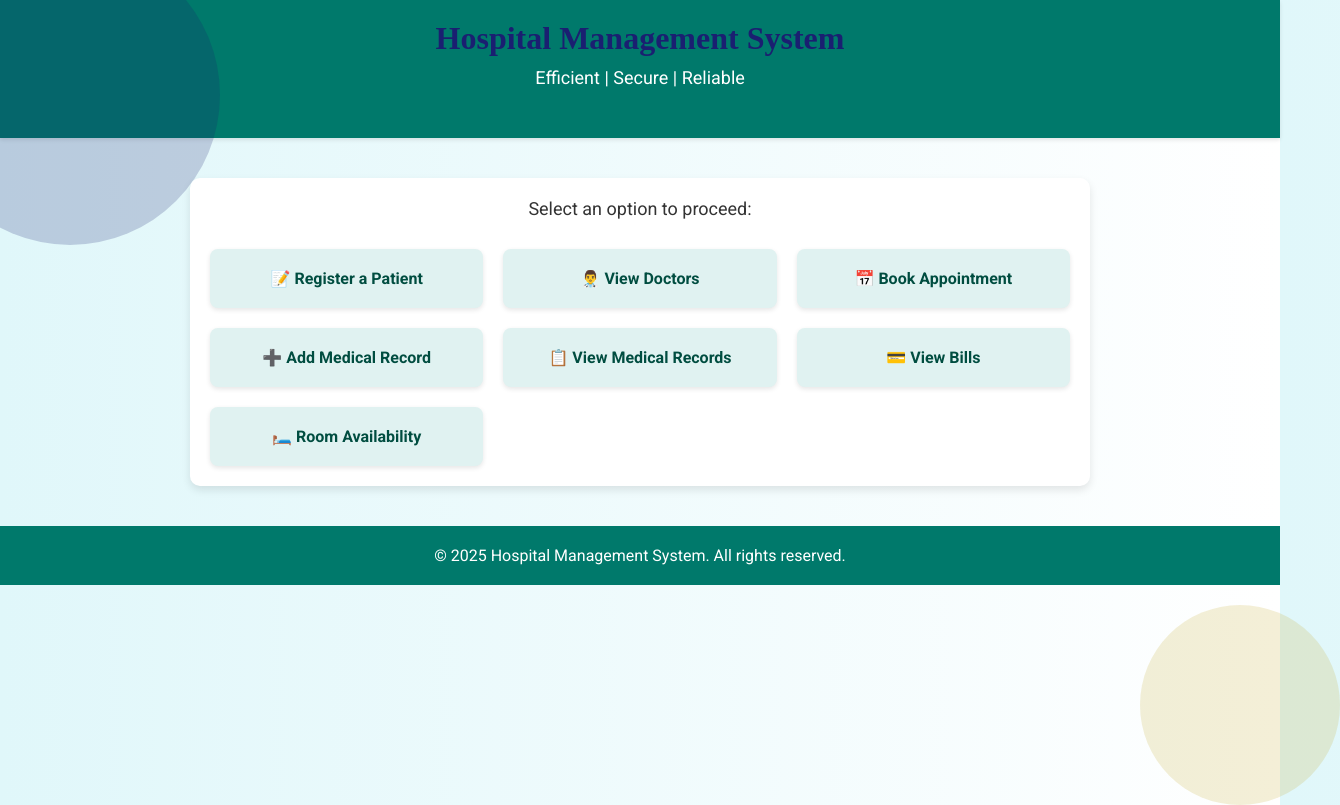
Repository: shreeshskatti/hospital_management_system
Page: http://localhost/
An editor plug-in stored every save of this project. The page is shown before and after the next save, followed by the edit.
The browser window is 1280 px wide. The page is 1340 px wide, so the pictures cover 1340 px, including what lies to the right of the window. The pictures show the whole page.
Some web fonts or font styles are not loaded; a fallback is used. The page is run by PHP 8.4 with error messages shown; the project is at /var/www/html/.

Above is the page before, as saved 2025-05-29 21:50:31.

### index.php
<?php include 'includes/db.php'; ?>
<!DOCTYPE html>
<html lang="en">
<head>
  <meta charset="UTF-8">
  <title>Hospital Management System</title>
  <link rel="stylesheet" href="css/style.css">
  <link href="https://fonts.googleapis.com/css2?family=Roboto:wght@400;700&display=swap" rel="stylesheet">
  <style>
    * {
      margin: 0; padding: 0;
      box-sizing: border-box;
      font-family: 'Roboto', sans-serif;
    }
    body {
      background: linear-gradient(to right, #e0f7fa, #ffffff);
      color: #333;
    }
    header {
      background-color: #00796B;
      color: white;
      padding: 20px 0;
      text-align: center;
      box-shadow: 0 2px 4px rgba(0,0,0,0.1);
    }
    .container {
      max-width: 900px;
      margin: 40px auto;
      padding: 20px;
      background: white;
      border-radius: 10px;
      box-shadow: 0 4px 8px rgba(0,0,0,0.1);
      text-align: center;
    }
    h1 {
      margin-bottom: 10px;
    }
    p {
      font-size: 18px;
      margin-bottom: 30px;
    }
    ul {
      list-style: none;
      display: grid;
      grid-template-columns: repeat(auto-fit, minmax(240px, 1fr));
      gap: 20px;
      padding: 0;
    }
    li a {
      display: block;
      padding: 20px;
      background-color: #e0f2f1;
      border-radius: 8px;
      text-decoration: none;
      color: #004D40;
      font-weight: bold;
      font-size: 16px;
      transition: all 0.3s ease;
      box-shadow: 0 2px 5px rgba(0,0,0,0.1);
    }
    li a:hover {
      background-color: #b2dfdb;
      transform: translateY(-5px);
    }
    footer {
      text-align: center;
      margin-top: 40px;
      padding: 20px;
      background-color: #00796B;
      color: white;
    }
  </style>
</head>
<body>

  <header>
    <h1>Hospital Management System</h1>
    <p>Efficient | Secure | Reliable</p>
  </header>

  <div class="container">
    <p>Select an option to proceed:</p>
    <ul>
      <li><a href="patients/add_patient.php">📝 Register a Patient</a></li>
      <li><a href="doctors/view_doctors.php">👨‍⚕️ View Doctors</a></li>
      <li><a href="appointments/book_appointment.php">📅 Book Appointment</a></li>
      <li><a href="medical_records/add_record.php">➕ Add Medical Record</a></li> <!-- Added link -->
      <li><a href="medical_records/view_records.php">📋 View Medical Records</a></li>
      <li><a href="bills/view_bills.php">💳 View Bills</a></li>
      <li><a href="rooms/view_rooms.php">🛏️ Room Availability</a></li>
    </ul>
  </div>

  <footer>
    &copy; <?php echo date('Y'); ?> Hospital Management System. All rights reserved.
  </footer>

</body>
</html>

### includes/db.php
<?php
$host = 'localhost';
$user = 'root';
$pass = '';
$dbname = 'hospital_db';  // must match your DB name

$conn = new mysqli($host, $user, $pass, $dbname);

if ($conn->connect_error) {
    die("Connection failed: " . $conn->connect_error);
}
?>

### css/style.css
@import url('https://fonts.googleapis.com/css2?family=Merriweather&family=Open+Sans&display=swap');

* {
  margin: 0;
  padding: 0;
  box-sizing: border-box;
}

body {
  background: radial-gradient(circle at top left, #f0f4ff, #fdfdfd);
  font-family: 'Open Sans', sans-serif;
  color: #2E2E2E;
  min-height: 100vh;
  position: relative;
  overflow-x: hidden;
}

/* Background floating shapes */
body::before, body::after {
  content: '';
  position: absolute;
  border-radius: 50%;
  opacity: 0.2;
  z-index: 0;
  pointer-events: none;
  animation: float 10s ease-in-out infinite;
}

body::before {
  width: 300px;
  height: 300px;
  background: #1A1F71;
  top: -80px;
  left: -80px;
}

body::after {
  width: 200px;
  height: 200px;
  background: #C9B037;
  bottom: -60px;
  right: -60px;
}

@keyframes float {
  0%, 100% { transform: translateY(0px); }
  50% { transform: translateY(25px); }
}

h1, h2, h3 {
  font-family: 'Merriweather', serif;
  color: #1A1F71;
  z-index: 1;
  position: relative;
}

.container {
  max-width: 900px;
  margin: 60px auto;
  padding: 40px 30px;
  background-color: rgba(255, 255, 255, 0.9);
  backdrop-filter: blur(10px);
  border-radius: 16px;
  box-shadow: 0 12px 30px rgba(0,0,0,0.1);
  position: relative;
  z-index: 1;
}

button {
  background-color: #1A1F71;
  color: #F9F6F1;
  border: none;
  padding: 14px 28px;
  font-size: 16px;
  border-radius: 8px;
  cursor: pointer;
  font-weight: 600;
  transition: background-color 0.3s ease, color 0.3s ease;
}

button:hover {
  background-color: #C9B037;
  color: #1A1F71;
}

input, select {
  width: 100%;
  padding: 12px;
  margin-top: 10px;
  margin-bottom: 22px;
  border: 1.5px solid #D3D3D3;
  border-radius: 8px;
  font-size: 16px;
  transition: all 0.3s ease;
  background-color: #fafafa;
}

input:focus, select:focus {
  border-color: #C9B037;
  outline: none;
  box-shadow: 0 0 8px rgba(201, 176, 55, 0.5);
  background-color: white;
}

table {
  width: 100%;
  border-collapse: collapse;
  margin-top: 30px;
  font-size: 15px;
}

th, td {
  padding: 14px;
  border: 1px solid #D3D3D3;
  text-align: left;
}

thead {
  background-color: #C9B037;
  color: white;
}

tbody tr:nth-child(even) {
  background-color: #F9F6F1;
}

/* Links and interactions */
a {
  color: #1A1F71;
  text-decoration: none;
  transition: color 0.3s;
  font-weight: bold;
}

a:hover {
  color: #C9B037;
  text-decoration: underline;
}

After the next save:
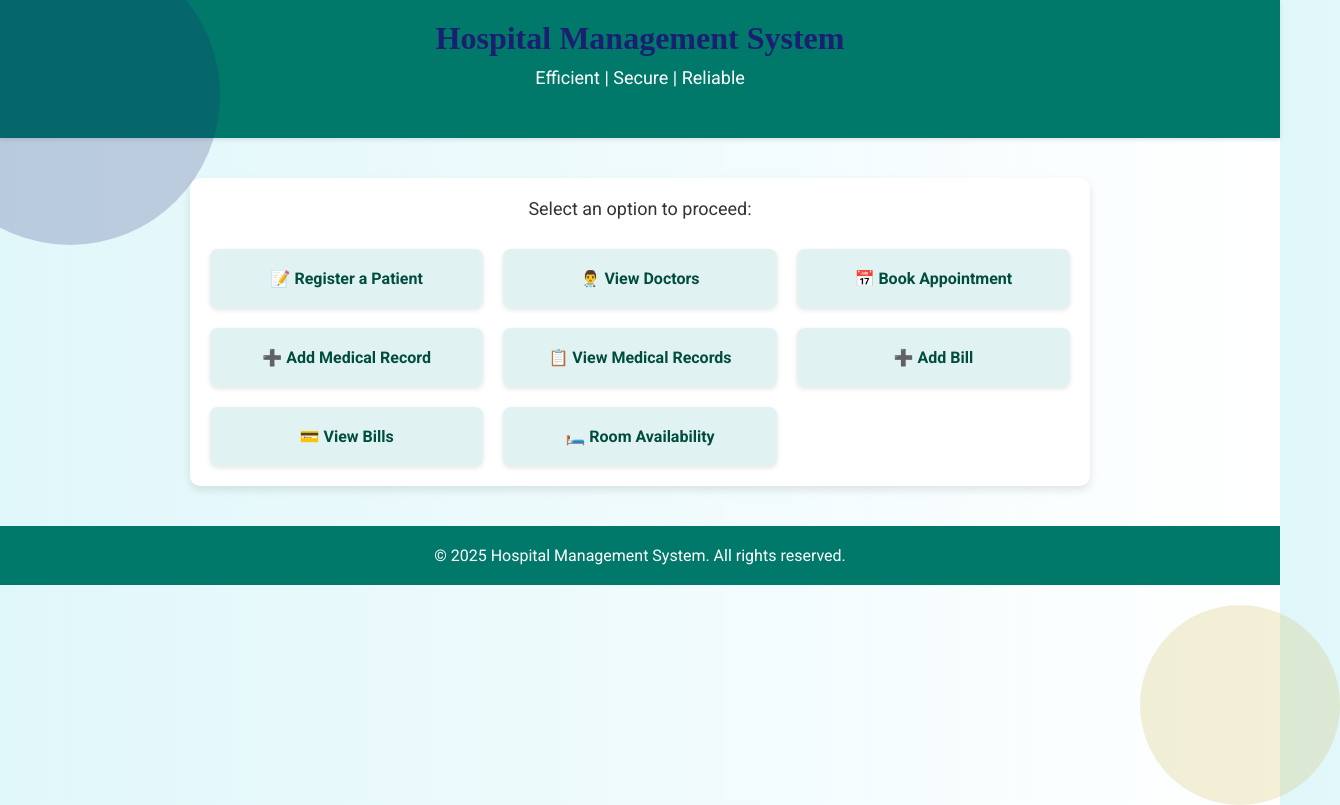
Saved 2 min 45 s later.
--- a/index.php
+++ b/index.php
@@ -84,8 +84,9 @@
       <li><a href="patients/add_patient.php">📝 Register a Patient</a></li>
       <li><a href="doctors/view_doctors.php">👨‍⚕️ View Doctors</a></li>
       <li><a href="appointments/book_appointment.php">📅 Book Appointment</a></li>
-      <li><a href="medical_records/add_record.php">➕ Add Medical Record</a></li> <!-- Added link -->
+      <li><a href="medical_records/add_record.php">➕ Add Medical Record</a></li>
       <li><a href="medical_records/view_records.php">📋 View Medical Records</a></li>
+      <li><a href="bills/add_bill.php">➕ Add Bill</a></li> <!-- ✅ Added -->
       <li><a href="bills/view_bills.php">💳 View Bills</a></li>
       <li><a href="rooms/view_rooms.php">🛏️ Room Availability</a></li>
     </ul>
